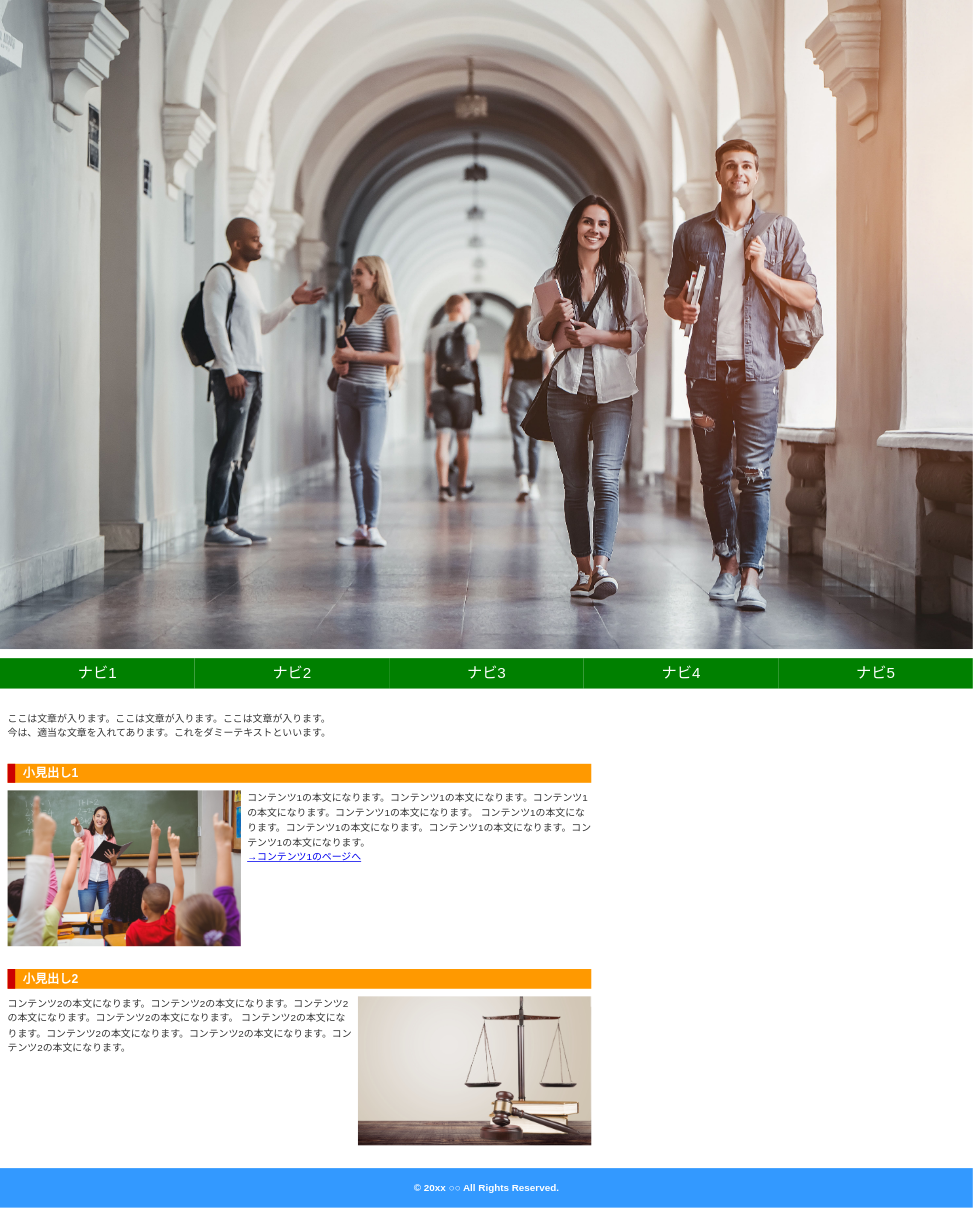
Repository: dainak/samurai_HTML-CSS
Page: home.html
The author's editor kept a record of every edit. The page is drawn from the files as they stood at one moment, then again after the next edit.
The browser window is 1280 px wide. The pictures show the whole page, at 76% of full size.

Above is the page before.

After the next edit:
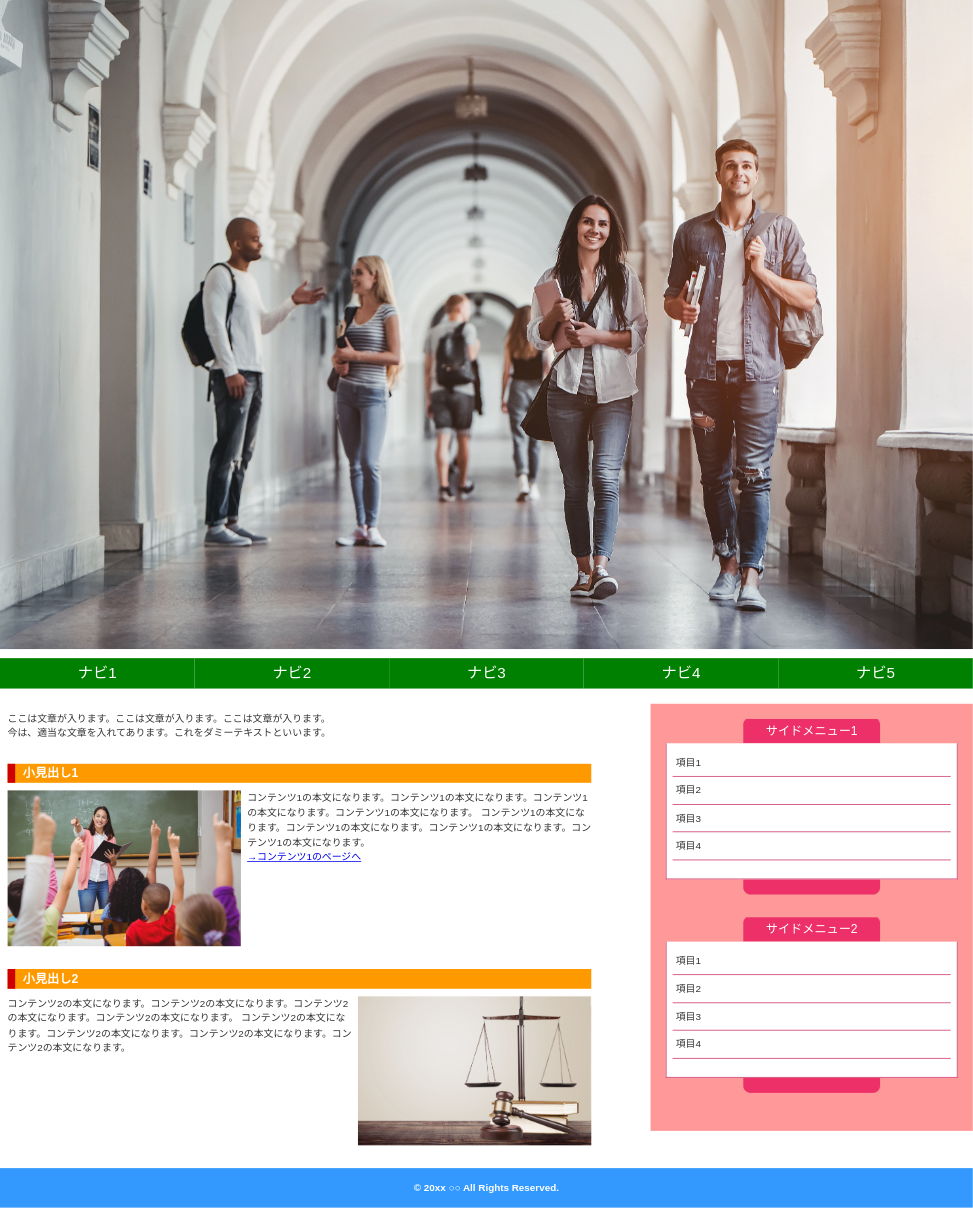
The edit:
--- a/home.html
+++ b/home.html
@@ -65,6 +65,54 @@
                      </div>
 
                  </div>
+                <div id="side">
+
+                     <div class="box">
+
+                         <h2>サイドメニュー1</h2>
+
+                         <div class="boxBody">
+
+                             <ul>
+
+                                 <li>項目1</li>
+
+                                 <li>項目2</li>
+
+                                 <li>項目3</li>
+
+                                 <li>項目4</li>
+
+                             </ul>
+
+                         </div>
+
+                     </div>
+
+                     <div class="box">
+
+                         <h2>サイドメニュー2</h2>
+
+                         <div class="boxBody">
+
+                             <ul>
+
+                                 <li>項目1</li>
+
+                                 <li>項目2</li>
+
+                                 <li>項目3</li>
+
+                                 <li>項目4</li>
+
+                             </ul>
+
+                         </div>
+
+                     </div>
+
+                 </div>
+
 
              </div>
         </div>
